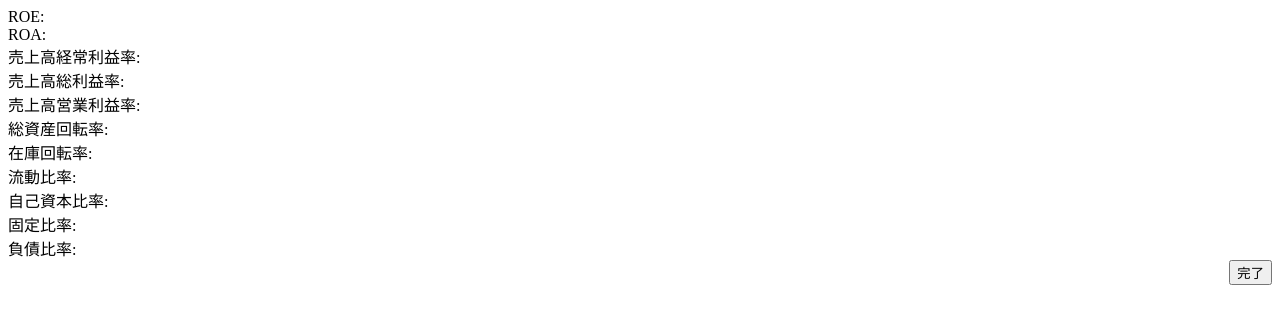
Repository: esk04/Keisanchan
Page: http://localhost/Keisanchan/keisanResult.jsp
The author's editor kept a copy of each file at every save. The page is drawn from the files as they stood at one save, then again after the next save.
The browser window is 1280 px wide. The pictures show the whole page.
The page is served by Tomcat 9.

Above is the page before, as saved 2018-08-20 04:37:54.

After the next save:
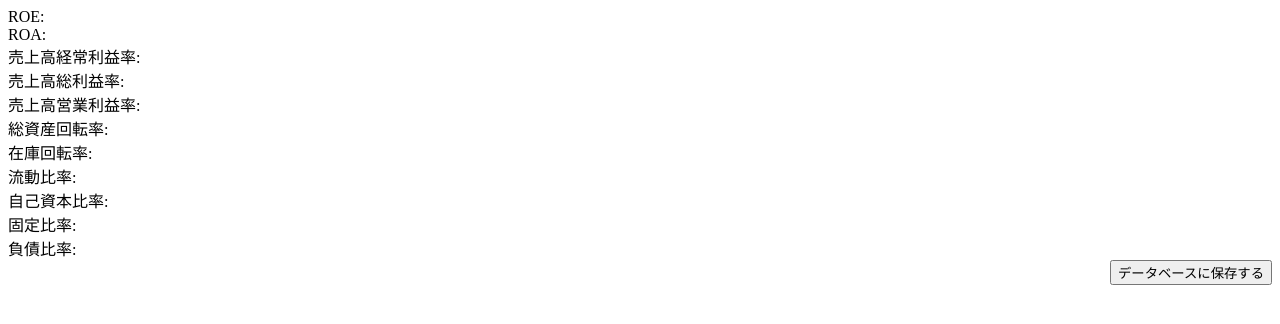
Saved 41 s later.
--- a/Keisanchan/WebContent/keisanResult.jsp
+++ b/Keisanchan/WebContent/keisanResult.jsp
@@ -33,7 +33,7 @@
 		 <label>負債比率:</label>
 		 <s:property value="fusai_ratio"/><br>
 
-		 <s:submit value="完了" />
+		 <s:submit value="データベースに保存する" />
 
 
 
